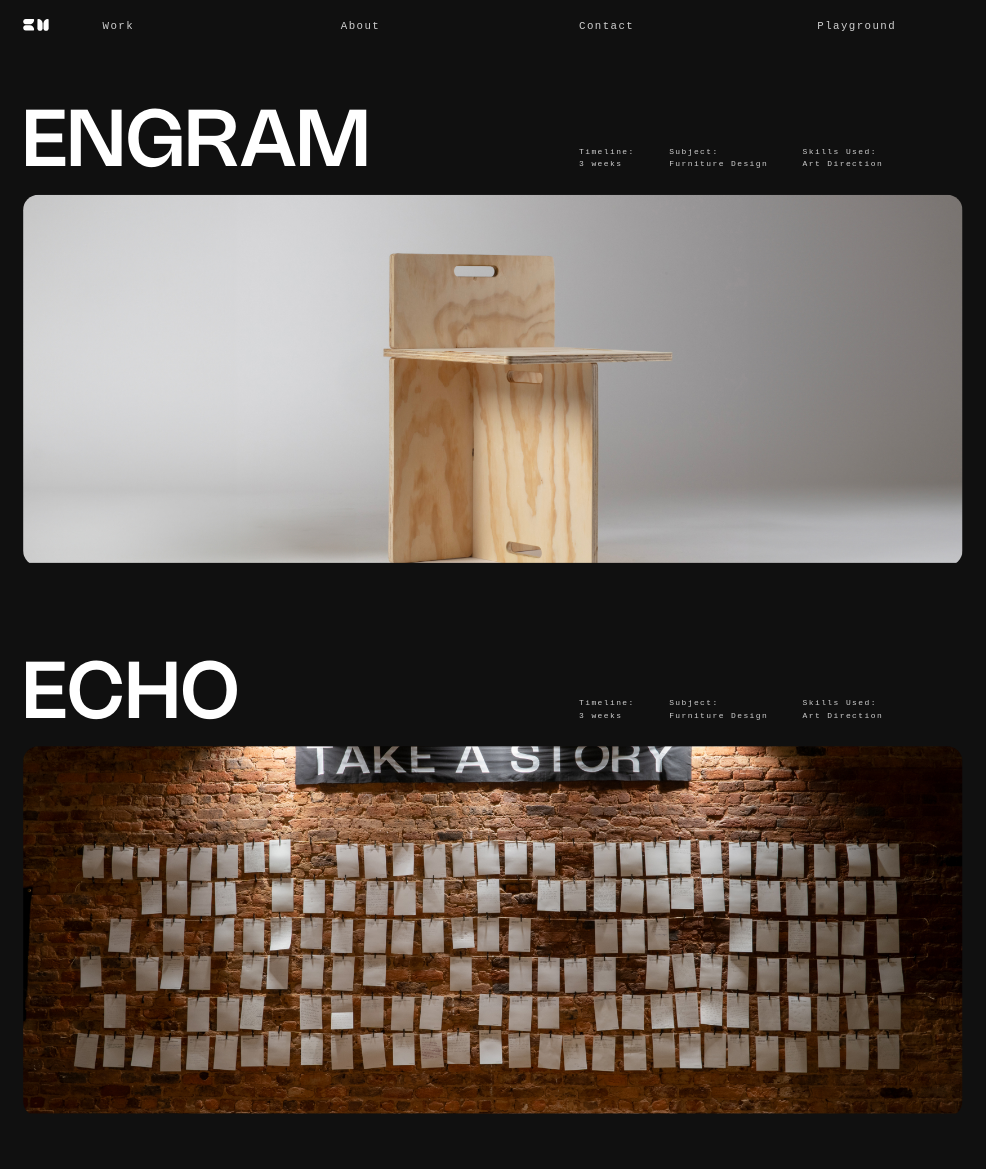
Repository: theethanwright/ethan_wright_portfolio
Page: work.html
These files come from the project's save history. The page is drawn as it stood at one moment and after the next save; the edit follows.
The browser window is 1280 px wide. The pictures show the whole page, at 77% of full size.

Above is the page before, as saved 2023-12-26 21:39:47.

### work.html
<!DOCTYPE html>
<html lang="en">
<head>
    <meta charset="UTF-8">
    <meta name="viewport" content="width=device-width, initial-scale=1.0">
    <script defer src="https://cdnjs.cloudflare.com/ajax/libs/matter-js/0.19.0/matter.min.js"></script>
    <script defer src="work/app.js"></script>
    <link rel="stylesheet" href="work/main.css">
    <link rel="stylesheet" href="work/layouts.css">
    <title>Work</title>
</head>
<body>
    <div class="navbar">
    <a href="home.html"><div class="logo">
            <svg xmlns="http://www.w3.org/2000/svg" width="16" height="17" viewBox="0 0 16 17" fill="none">
                <path d="M14.3673 0H3.61693C1.61938 0 0 1.6756 0 3.74249C0 5.80938 1.61938 7.48498 3.61693 7.48498H9.1428C12.5831 7.48498 15.372 4.59931 15.372 1.03958C15.372 0.46542 14.9221 0 14.3673 0Z" fill="white"/>
                <path d="M9.1428 8.72827H3.61693C1.61938 8.72827 0 10.4039 0 12.4708C0 14.5377 1.61938 16.2133 3.61693 16.2133H14.3673C14.9221 16.2133 15.372 15.7478 15.372 15.1737C15.372 11.6139 12.5831 8.72827 9.1428 8.72827Z" fill="white"/>
            </svg>
            <svg xmlns="http://www.w3.org/2000/svg" width="17" height="17" viewBox="0 0 17 17" fill="none">
                <path d="M1.63275 0C1.07786 0 0.628052 0.46542 0.628052 1.03958V12.8729C0.628052 14.9398 2.24743 16.6154 4.24498 16.6154C6.24253 16.6154 7.86191 14.9398 7.86191 12.8729V6.4454C7.86191 2.88567 5.07306 0 1.63275 0Z" fill="white"/>
                <path d="M15.2936 0C11.8532 0 9.06439 2.88567 9.06439 6.4454V12.8729C9.06439 14.9398 10.6838 16.6154 12.6813 16.6154C14.6789 16.6154 16.2983 14.9398 16.2983 12.8729V1.03958C16.2983 0.46542 15.8484 0 15.2936 0Z" fill="white"/>
            </svg>
        </div></a>
        <p>Work</p>
        <p>About</p>
        <p>Contact</p>
        <p>Playground</p>
        <a href="javascript:void(0);" class="icon" onclick="myFunction()">
            <i class="hamburger"><svg xmlns="http://www.w3.org/2000/svg" width="24" height="24" viewBox="0 0 24 24" fill="none">
                <rect y="2.26416" width="24" height="3.16981" fill="white"/>
                <rect y="17.6604" width="24" height="3.16981" fill="white"/>
                <rect x="1.81133" y="9.96225" width="22.1887" height="3.16981" fill="white"/>
              </svg></i>
        </a>
    </div>
    <div class="wrapper-project">
        <h1 class="hidden">Engram</h1>
        <div class="project-info hidden">
        <p>Timeline:<br>3 weeks</p>
        <p>Subject:<br>Furniture Design</p>
        <p>Skills Used:<br>Art Direction</p>
        </div>
        <a href="" class="hidden">
            <img src="work/public/images/1.jpg" alt="">
        </a>
    </div>
    <div class="wrapper-project">
        <h1 class="hidden">Echo</h1>
        <div class="project-info hidden">
        <p>Timeline:<br>3 weeks</p>
        <p>Subject:<br>Furniture Design</p>
        <p>Skills Used:<br>Art Direction</p>
        </div>
        <a href="" class="hidden">
            <img src="work/public/images/2.jpg" alt="">
        </a>
    </div>
</body>
</html>

### work/app.js
const observer = new IntersectionObserver((entries) => {
  entries.forEach((entry) => {
      console.log(entry)
      if (entry.isIntersecting) {
          entry.target.classList.add('show');
      }
  });
});

const hiddenElements = document.querySelectorAll('.hidden');
hiddenElements.forEach((el) => observer.observe(el));

function myFunction() {
    var x = document.getElementById("myTopnav");
    if (x.className === "topnav") {
      x.className += " responsive";
    } else {
      x.className = "topnav";
    }
  }

### work/main.css


@font-face {
    font-family: "Nohemi";
    src: url(work/public/fonts/Nohemi-Medium.woff2);
  }

@import url('https://fonts.googleapis.com/css2?family=IBM+Plex+Mono&display=swap');

h1 {
  box-sizing: border-box;
  color: #FFF;
  font-family: "Nohemi";
  font-size: clamp(64px, 8vw, 124px);
  font-style: normal;
  font-weight: 500;
  line-height: 65%; /* 186px */
  letter-spacing: 1.24px;
  text-transform: uppercase;
  margin: 0%;
}

p {
  box-sizing: border-box;
    color: rgba(255, 255, 255, 0.80);
    font-family: 'IBM Plex Mono', monospace;
    font-size: 14px;
    font-style: normal;
    font-weight: 400;
    line-height: 150%; /* 21px */
    letter-spacing: 1.82px;
    margin: 0%;
}

  body {
    box-sizing: border-box;
    display: block;
    overflow-x: hidden;
    background: #101010;
    margin: 0%;
    padding: 0%;
  }

  a {
    text-decoration: none;
    border-radius: 20px;
  }

  img {
    box-sizing: border-box;
    width: 100%;
    height: 66.293vh;
    object-fit: cover;
    transition: all 1s;
  }

  img:hover {
    transform: scale(1.15, 1.15);
  }

  .hidden {
    opacity: 0;
    filter: blur(5px);
    transform: translateY(50px);
    transition: all 1s;
}

.show {
    opacity: 1;
    filter: blur(0px);
    transform: translateY(0);
}

### work/layouts.css
@media screen and (min-width: 905px) {

    .navbar {
        box-sizing: border-box;
        position: relative;
        padding: 24px 30px;
        display: grid;
        margin: 0;
        width: 100%;
        grid-template-columns: repeat(12, 1fr);
        gap: 1.389vw;
    }

    .logo {
        grid-column-start: 1;
        display: flex;
        width: 34px;
        height: 16px;
        justify-content: center;
        align-items: center;
        gap: 3.256px;
        justify-self: start;
        align-self: center;
      }

      p:nth-child(2) {
        grid-column: 2 / span 2;
        justify-self: start;
        align-self: center;
      }

      p:nth-child(3) {
        grid-column: 5 / span 2;
        justify-self: start;
        align-self: center;
      }

      p:nth-child(4) {
        grid-column: 8 / span 2;
        justify-self: start;
        align-self: center;
      }

      p:nth-child(5) {
        grid-column: 11 / span 2;
        justify-self: start;
        align-self: center;
      }

      .hamburger {
        display: none;
      }

      .wrapper-project {
        box-sizing: border-box;
        display: grid;
        margin: 0;
        width: 100%;
        padding: 68px 30px;
        grid-template-columns: repeat(12, 1fr);
        gap: 32px 1.389vw;
      }

      .wrapper-project h1 {
        grid-column: 1 / span 4;
        justify-self: start;
        align-self: end;
      }

      .wrapper-project .project-info {
        grid-column: 8 / span 4;
        justify-self: stretch;
        align-self: end;

        display: flex;
        justify-content: space-between;
        align-items: flex-end;
        transition-delay: 75ms
      }

      .wrapper-project .project-info p {
        font-size: clamp(9px, 0.81vw, 14px);
      }

      .wrapper-project a {
        grid-column: 1 / 13;
        justify-self: stretch;
        align-self: start;
        overflow: hidden;
        transition-delay: 150ms
      }

}

@media screen and (max-width: 904px) {
    .navbar {
      box-sizing: border-box;
      position: relative;
      padding: 24px 30px;
      display: grid;
      margin: 0;
      width: 100%;
      grid-template-columns: repeat(8, 1fr);
      gap: 1.389vw;
    }

    .logo {
        grid-column-start: 1;
        display: flex;
        width: 34px;
        height: 16px;
        justify-content: center;
        align-items: center;
        gap: 3.256px;
        justify-self: start;
        align-self: center;
      }

    .navbar p {
        display: none;
    }

    .icon {
        display: grid;
        grid-column-start: 8;
        justify-self: end;
        align-self: center;
    }

    .wrapper-project {
      box-sizing: border-box;
      display: grid;
      margin: 0;
      width: 100%;
      padding: 68px 30px;
      grid-template-columns: repeat(8, 1fr);
      gap: 32px 1.389vw;
    }

    .wrapper-project h1 {
      grid-column: 1 / span 6;
      justify-self: start;
      align-self: end;
    }

    .wrapper-project .project-info {
      grid-column: 1 / span 5;
      justify-self: stretch;
      align-self: end;

      display: flex;
      flex-direction: row;
      justify-content: space-between;
      align-items: flex-end;
      transition-delay: 75ms
    }

    .wrapper-project a {
      grid-column: 1 / 9;
      justify-self: stretch;
      align-self: start;
      overflow: hidden;
      transition-delay: 150ms
    }
}

@media screen and (max-width: 600px) {
    .navbar {
      box-sizing: border-box;
      position: relative;
      padding: 24px 16px;
      display: grid;
      margin: 0;
      width: 100%;
      grid-template-columns: repeat(4, 1fr);
      gap: 1.389vw;
    }

    .logo {
        grid-column-start: 1;
        display: flex;
        width: 34px;
        height: 16px;
        justify-content: center;
        align-items: center;
        gap: 3.256px;
        justify-self: start;
        align-self: center;
      }

    .navbar p {
        display: none;
    }

    .icon {
        display: grid;
        grid-column-start: 4;
        justify-self: end;
        align-self: center;
    }

    .wrapper-project {
      box-sizing: border-box;
      display: grid;
      margin: 0;
      width: 100%;
      padding: 68px 30px;
      grid-template-columns: repeat(8, 1fr);
      gap: 32px 1.389vw;
    }

    .wrapper-project h1 {
      grid-column: 1 / span 6;
      justify-self: start;
      align-self: end;
    }

    .wrapper-project .project-info {
      grid-column: 1 / span 5;
      justify-self: stretch;
      align-self: end;

      display: flex;
      flex-direction: column;
      gap: 30px;
      justify-content: start;
      align-items: flex-start;
      transition-delay: 75ms
    }

    .wrapper-project a {
      grid-column: 1 / 9;
      justify-self: stretch;
      align-self: start;
      overflow: hidden;
      transition-delay: 150ms
    }
}

After the next save:
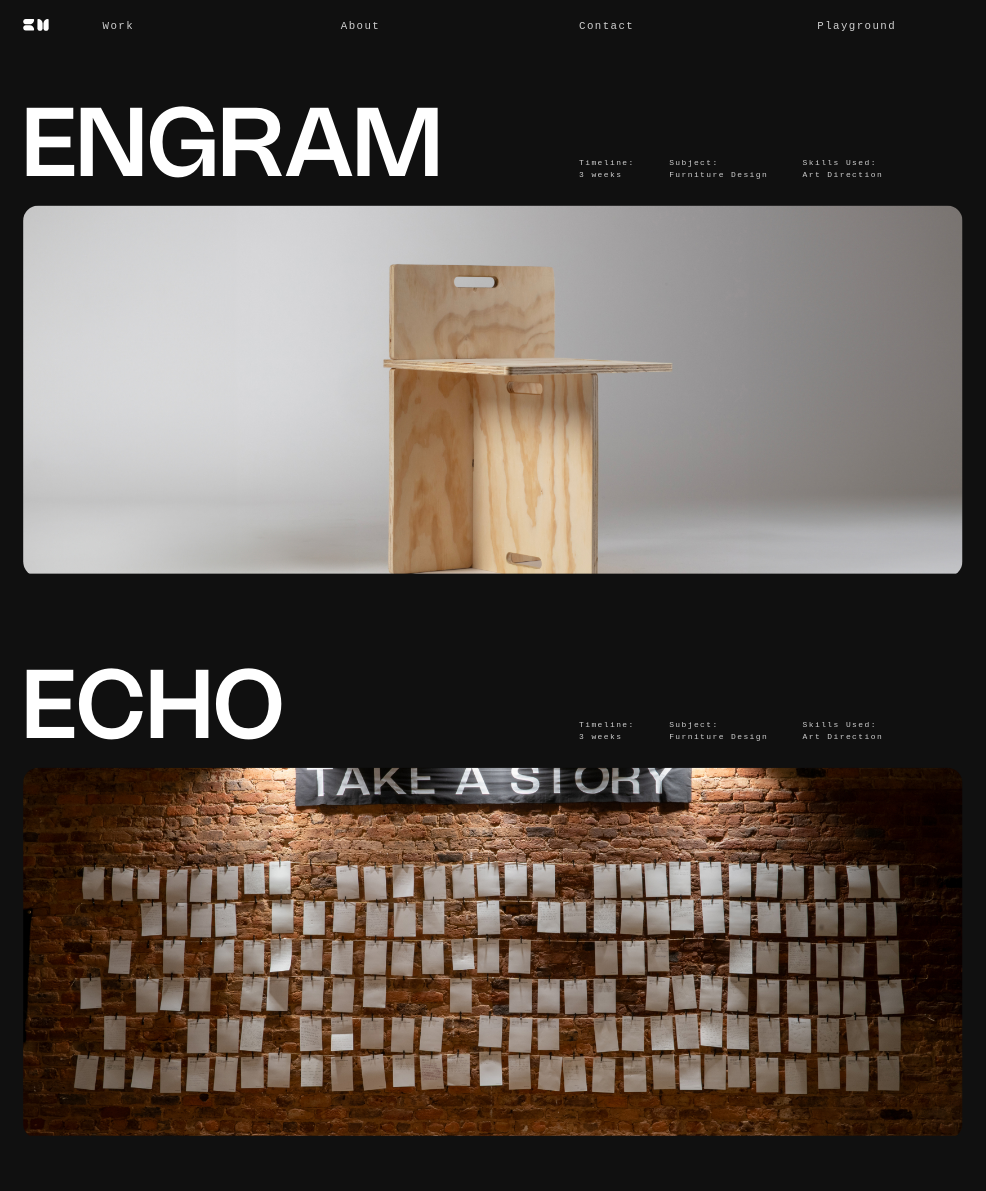
Saved 34 s later.
--- a/work/main.css
+++ b/work/main.css
@@ -11,7 +11,7 @@ h1 {
   box-sizing: border-box;
   color: #FFF;
   font-family: "Nohemi";
-  font-size: clamp(64px, 8vw, 124px);
+  font-size: 124px;
   font-style: normal;
   font-weight: 500;
   line-height: 65%; /* 186px */

After the save that followed:
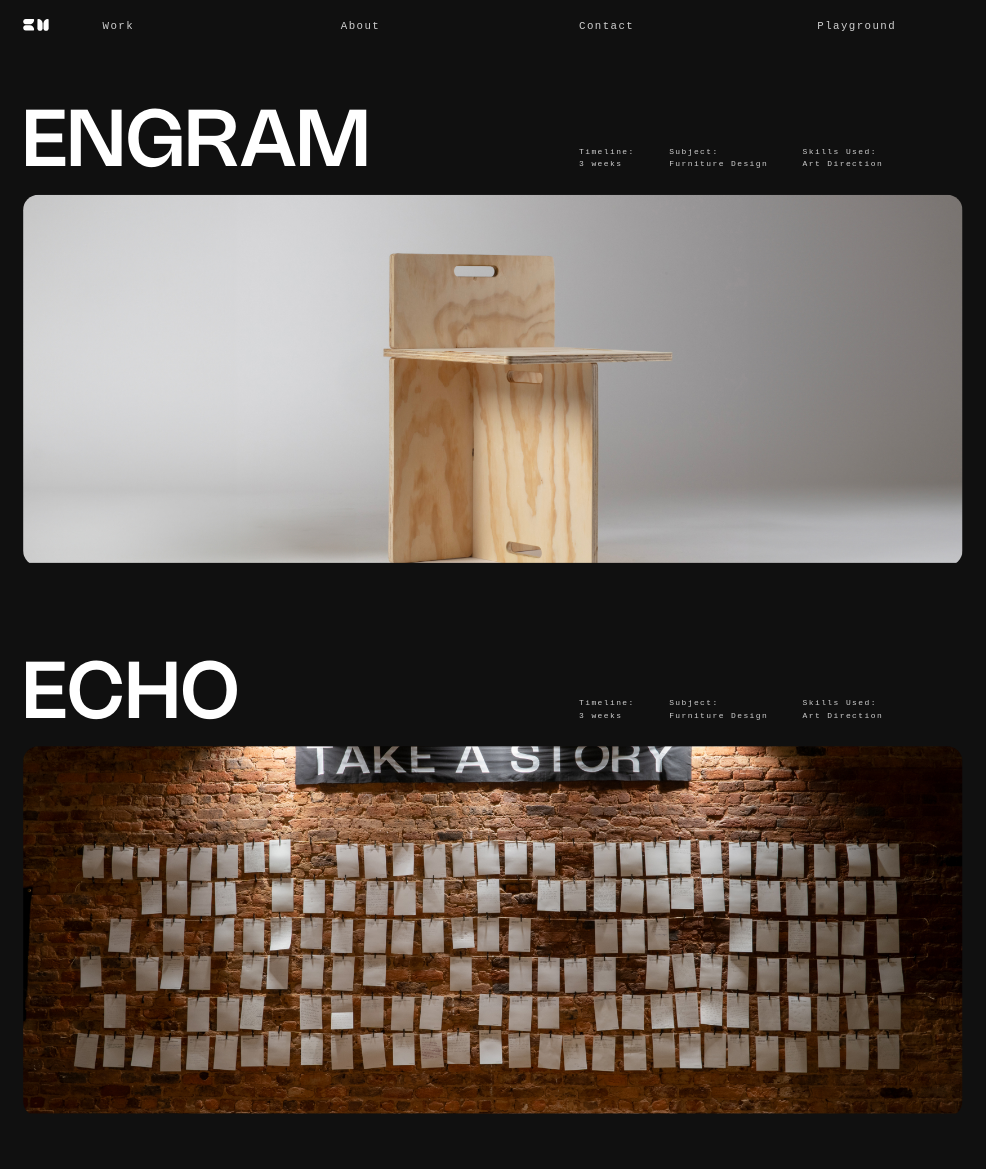
Saved 14 s later.
--- a/work/layouts.css
+++ b/work/layouts.css
@@ -65,6 +65,8 @@
         grid-column: 1 / span 4;
         justify-self: start;
         align-self: end;
+
+        font-size: clamp(64px, 8vw, 124px)
       }
 
       .wrapper-project .project-info {
